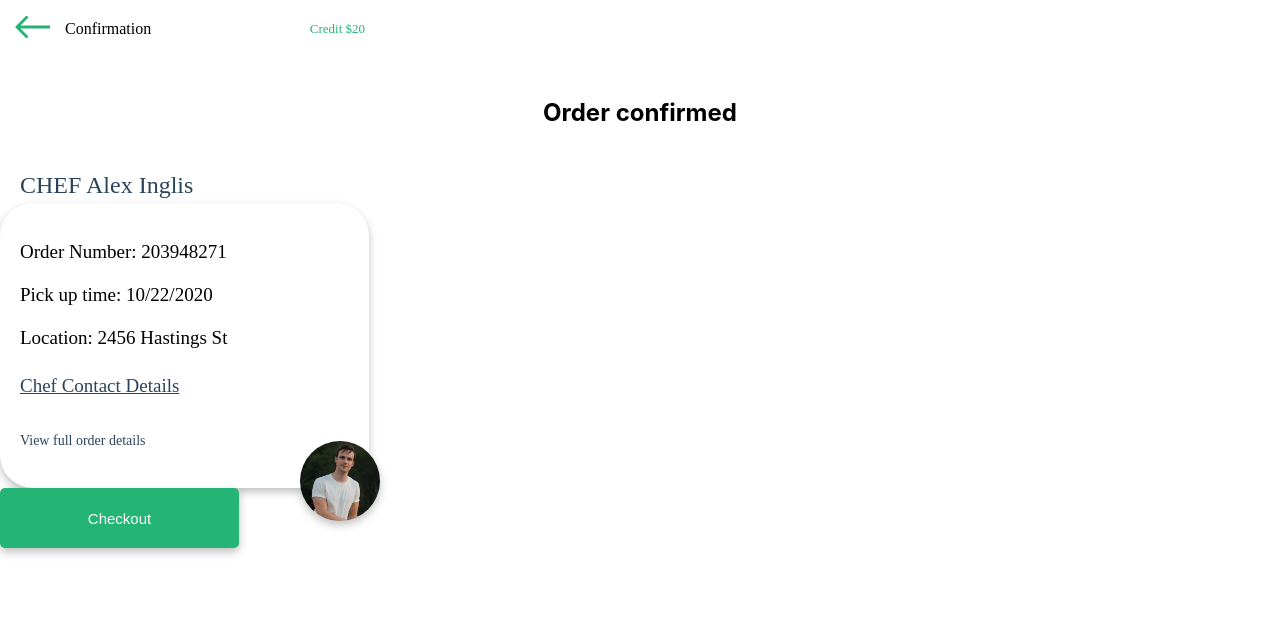
Repository: nguyenlejoe/HomeChef
Page: / (app in app/)
An editor plug-in stored every save of this project. The page is shown before and after the next save, followed by the edit.
The browser window is 1280 px wide. The pictures show the whole page.
The project was rebuilt for these pictures with package versions that can differ from the ones it lists, and the page was loaded fresh each time.

Above is the page before, as saved 2020-11-06 18:43:38.

### app/src/App.js
import React from 'react';
//import logo from './logo.svg';
//import './App.css';
import Pages from './pages/OrderConfirmation';

function App() {
  return (
    <Pages />
  );
}

export default App;

### app/src/pages/OrderConfirmation.js
import React from 'react';
import './OrderConfirmation.scss';
import Button from '../comps/MainButton';
import TopBar from '../comps/TopBar';
import OrderDetails from '../comps/OrderDetails';

export default function CheckoutPage() {
  return<div className="app">
       <div className="cart">
           <TopBar text="Confirmation"></TopBar>
       </div>
       <div className="OrderConfirmed">
            Order confirmed
        </div>
           <OrderDetails bgimg="none"></OrderDetails>

        <div className="button">
            <Button text="Checkout"></Button>
        </div>
    </div>
}

### app/src/pages/OrderConfirmation.scss
.app{
    width: 100vw;
    height:100vh;
    overflow-x: hidden;
    position: relative;
}

.OrderConfirmed{
    display: flex;
    justify-content: center;
    font-size: 24px;
    font-weight: bold;
    margin:40px 0;
}

// .button{
//     display: flex;
//     justify-content: center;
//     bottom: 50px;
//     position: absolute;
// }

.ButtonBox{
    margin: 35px;
    :nth-child(1){
        font-size: 20px;
    }
}

### app/src/comps/MainButton/index.js
import React from 'react';
import styled, {css} from 'styled-components';
import icon2 from '../../assets/DollarSign.png';

const ButtonContainer = styled.button`
    width: ${props =>props.width ? props.width : '239px'};
    height: ${props =>props.height ? props.height : '60px'};
    background-color: ${props =>props.bgcolor ? props.bgcolor : '#24B574'};
    border-radius: ${props =>props.radius ? props.radius : '5px'};
    display: flex;
    justify-content: center;
    align-items: center;
    filter: drop-shadow(0px 4px 4px rgba(0, 0, 0, 0.25));
    border:none;
`;

const ButtonText = styled.p`
    text-align: center;
    font-size: ${props =>props.fontSize ? props.fontSize : '15px'};;
    color:${props =>props.textColor ? props.textColor : '#FFFFFF'};
`;

const Icon = styled.div`
    ${() => css`
        background-image: url(${props =>props.icon1 ? props.icon1 : icon2});
        background-color:white;
        padding:10px;
        background-repeat: no-repeat;
        background-position: center;
        position:absolute;
        left: 0px;
        `}
    `;

const Button = ({text,textColor,bgcolor, width, height, radius, fontSize}) => {
    return <ButtonContainer bgcolor = {bgcolor} height={height} width={width} radius={radius}>
                <ButtonText fontSize={fontSize} textColor = {textColor}>{text}</ButtonText>
            </ButtonContainer>
}

ButtonText.defaultprops = {
    color:null,
}

export default Button;

### app/src/comps/TopBar/index.js
import React from 'react';
import styled from 'styled-components';


const TopBarContainer = styled.div`
   font-family: Poppins;
   display:flex;
   position:relative;
   align-items:center;
   width:350px;
   padding:15px;
`;

const LeftArrowImg = styled.div`
    margin-right:15px;
`;

const TopLeftText = styled.div`
    display:flex;

`;

const CreditText = styled.div`
   color:#24B574;
   font-size:13px;
   position:absolute;
   right:15px;
`;


const TopBar = ({text}) => {

    return <TopBarContainer>
            <LeftArrowImg><img src='/leftarrow.png' /></LeftArrowImg>
            <TopLeftText>{text}</TopLeftText>
            <CreditText>Credit $20</CreditText>
        </TopBarContainer>
}

TopBar.defaultProps = {

}

export default TopBar;

### app/src/comps/OrderDetails/index.js
import React from 'react';
import styled, {css} from 'styled-components';
import Avatar from '../Avatar';

const DetailsContainer = styled.div`
  display:flex;
  flex-direction:column;

`;

const Chefname = styled.div`
font-family: Poppins;
font-style: normal;
font-weight: 500;
font-size: 24px;
line-height: 36px;
color: #2B445E;
left:20px;
position:relative;
`

const DetailsRectangle = styled.div`
background-color: #FFFFFF;
filter: drop-shadow(0px 4px 4px rgba(0, 0, 0, 0.25));
height: 285px;
width: 369px;
left: 0px;
top: 37px;
border-radius: 33px;
flex-direction:column;
`

const OrderNumber = styled.div`
font-family: Poppins;
margin-top:15px;
margin-bottom:15px;
font-weight: 500;
font-size: 19px;
line-height: 28px;
color: #000000;
`

const Pickuptxt = styled.div`
font-family: Poppins;
margin-top:15px;
margin-bottom:15px;
font-weight: 500;
font-size: 19px;
line-height: 28px;
color: #000000;
`

const Location = styled.div`
font-family: Poppins;
margin-top:15px;
margin-bottom:15px;
font-weight: 500;
font-size: 19px;
line-height: 28px;
color: #000000;
`
const Contact = styled.div`
font-family: Poppins;
margin-top:20px;
margin-bottom:10px;
font-weight: 500;
font-size: 19px;
line-height: 28px;
color: #2B445E;
text-decoration:underline;
cursor:pointer;
`
const FullDetails = styled.div`
font-family: Poppins;
margin-top:30px;
margin-bottom:10px;
font-weight: 500;
font-size: 14px;
line-height: 21px;
color: #2B445E;
cursor:pointer;
`
const Detailstxtboxs = styled.div`
position: relative;
left:20px;
top:20px;

`

const Photocont = styled.div`
z-index:1;
position:relative;
left:300px;
size:105px;
`






const OrderDetails = ({Chef, OrderNum, Pickupdate, Locationtxt, profileimg}) => {

    return <DetailsContainer>
        <Chefname> {Chef} </Chefname>
        <DetailsRectangle>
            <Detailstxtboxs>
            <OrderNumber>Order Number: {OrderNum}</OrderNumber>
            <Pickuptxt>Pick up time: {Pickupdate} </Pickuptxt>
            <Location>Location: {Locationtxt} </Location>
            <Contact>Chef Contact Details</Contact>
            <FullDetails>View full order details</FullDetails>
            </Detailstxtboxs>
            <Photocont>
            <Avatar bgimg={profileimg}></Avatar>
            </Photocont>

        </DetailsRectangle>
    </DetailsContainer>

}

OrderDetails.defaultProps = {

    Chef:"CHEF Alex Inglis",
    OrderNum: "203948271",
    Pickupdate:"10/22/2020",
    Locationtxt:"2456 Hastings St"

}

export default OrderDetails;

### app/src/comps/Avatar/index.js
import React from 'react';
import styled from 'styled-components';

const AvatarContainer = styled.div`
width:80px;
height:80px;
`;

const AvatarImg = styled.div`
min-width:100%;
min-height:100%;
background-image:url(${props=>props.bgimg ? props.bgimg : "none"});
background-size:cover;
border-radius:100px;

`;

const Avatar = ({bgimg}) =>{
    return <AvatarContainer>
        <AvatarImg bgimg={bgimg}></AvatarImg>
    </AvatarContainer>
}

Avatar.defaultProps = {
    bgimg : "./alex.jpg"
}

export default Avatar;

Loaded but not shown: app/public/index.html (common file); app/src/index.js (common file); app/src/index.css (common file); app/src/serviceWorker.js (common file)

After the next save:
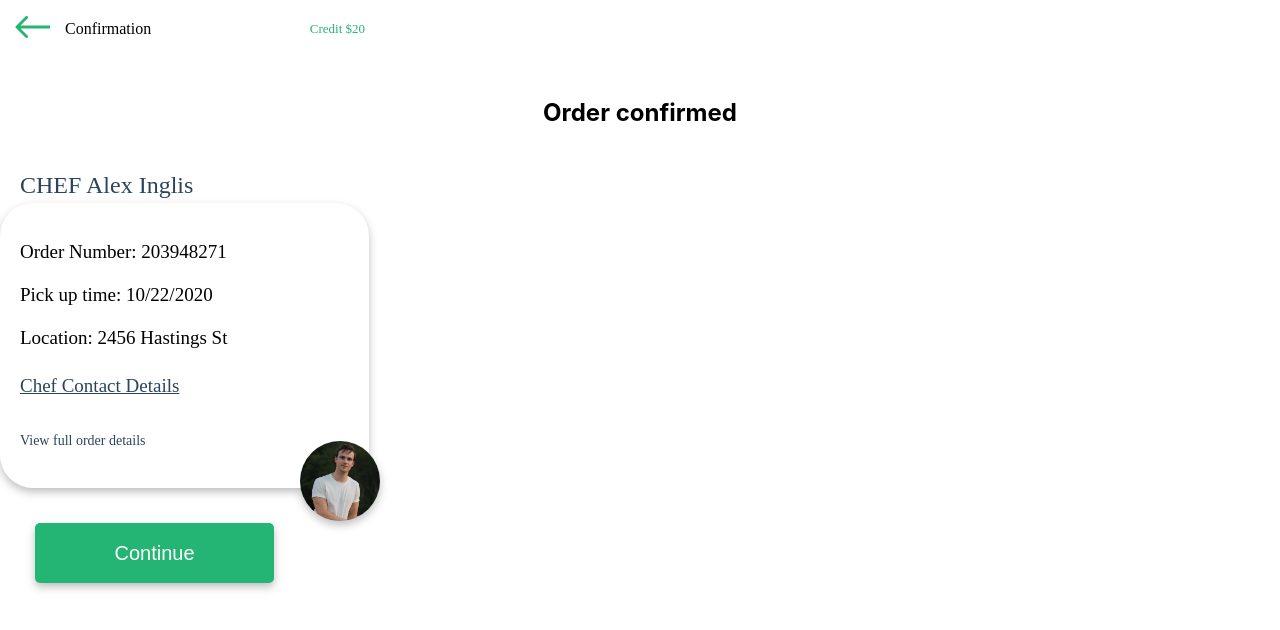
Saved 1 s later.
--- a/app/src/pages/OrderConfirmation.js
+++ b/app/src/pages/OrderConfirmation.js
@@ -14,8 +14,8 @@ export default function CheckoutPage() {
         </div>
            <OrderDetails bgimg="none"></OrderDetails>
 
-        <div className="button">
-            <Button text="Checkout"></Button>
+        <div className="ButtonBox">
+            <Button text="Continue"></Button>
         </div>
     </div>
 }
